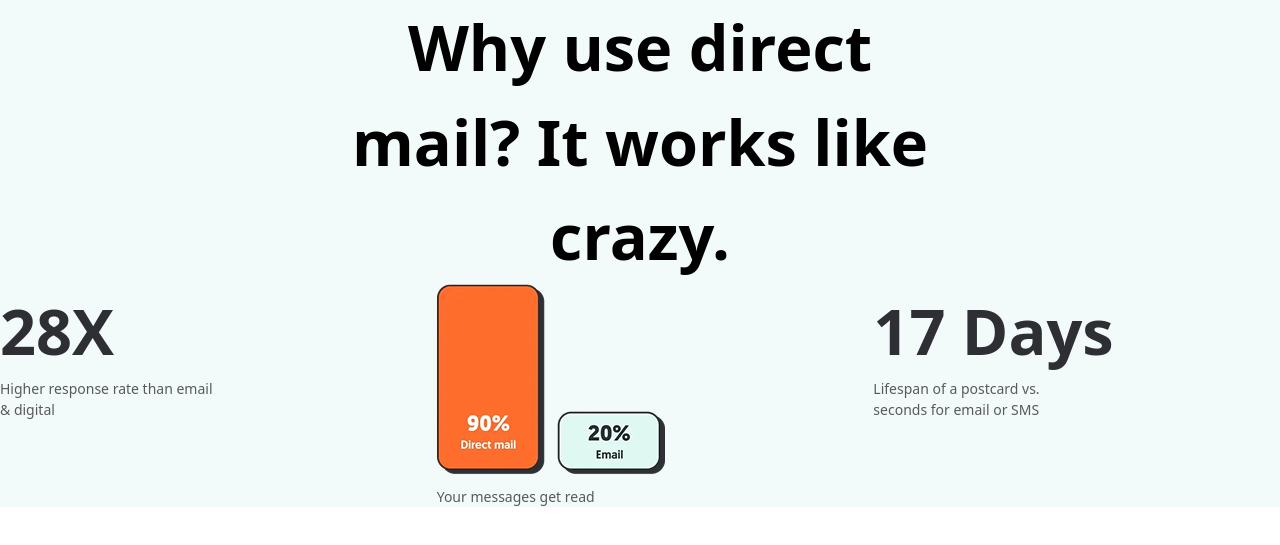
Repository: trusha97/postpilot
Page: mailsende.html
The author's editor kept a copy of each file at every save. The page is drawn from the files as they stood at one save, then again after the next save.
The browser window is 1280 px wide. The pictures show the whole page.
Some web libraries are served in a nearby version.

Above is the page before, as saved 2025-05-21 14:55:37.

After the next save:
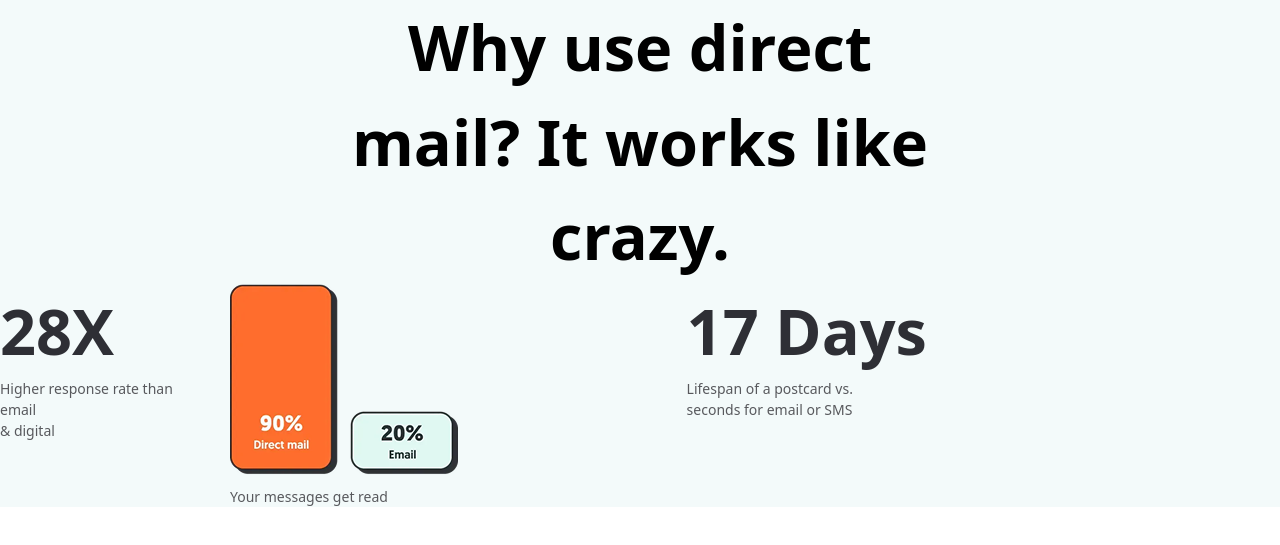
Saved 7 s later.
--- a/mailsende.html
+++ b/mailsende.html
@@ -17,7 +17,7 @@
         </div>
         <div
             class=" flex gap-[30px] mx-auto">
-            <div class="w-[33.33%] max-w-[]">
+            <div class="w-[33.33%] max-w-[200px]">
                 <h2 class="text-[63px] font-[700] text-[#2E2F35] max-md:text-[50px] max-sm:text-[30px]">28X</h2>
                 <p class="text-[14px] font-[500] text-[#58595D]">Higher response rate than email<br>&
                     digital
